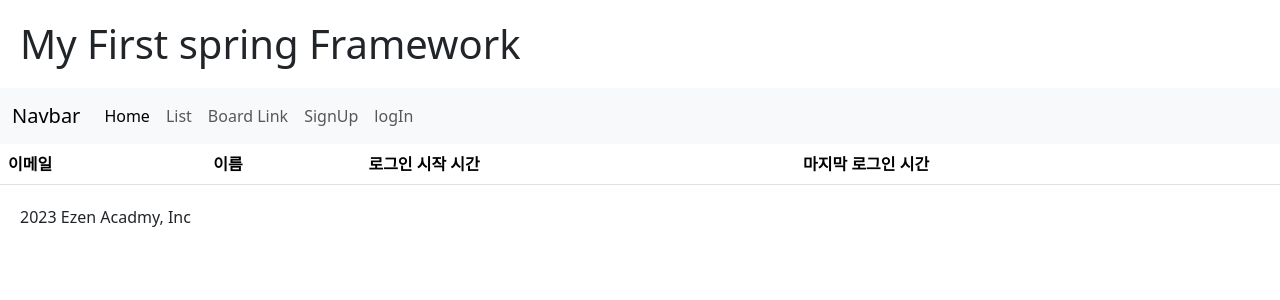
Repository: fbsrb458/link
Page: http://localhost/springProject/WEB-INF/views/member/list.jsp
The author's editor kept a copy of each file at every save. The page is drawn from the files as they stood at one save, then again after the next save.
The browser window is 1280 px wide. The pictures show the whole page.
The page is served by Tomcat 9. Nobody is signed in. Other server files are loaded and not shown. The template is opened directly, without the code that normally fills it, so the values that code supplies are empty.

Above is the page before, as saved 2023-11-01 07:44:55.
Console error: TypeError: Cannot read properties of null (reading 'addEventListener')

### springProject/src/main/webapp/WEB-INF/views/member/list.jsp
<%@ page language="java" contentType="text/html; charset=UTF-8"
    pageEncoding="UTF-8"%>
     <%@ taglib uri="http://java.sun.com/jsp/jstl/core" prefix="c" %>


<!DOCTYPE html>
<html>
<head>
<meta charset="UTF-8">
<title>Insert title here</title>
<link href="https://cdn.jsdelivr.net/npm/bootstrap@5.3.1/dist/css/bootstrap.min.css" rel="stylesheet" integrity="sha384-4bw+/aepP/YC94hEpVNVgiZdgIC5+VKNBQNGCHeKRQN+PtmoHDEXuppvnDJzQIu9" crossorigin="anonymous">
<script src="https://cdn.jsdelivr.net/npm/bootstrap@5.3.1/dist/js/bootstrap.bundle.min.js" integrity="sha384-HwwvtgBNo3bZJJLYd8oVXjrBZt8cqVSpeBNS5n7C8IVInixGAoxmnlMuBnhbgrkm" crossorigin="anonymous"></script>
</head>

<body>
<jsp:include page="../common/header.jsp"></jsp:include>
<jsp:include page="../common/nav.jsp"></jsp:include>
<table class="table table-hover">
<thead>
<tr>
   <th>이메일</th>
   <th>이름</th>
   <th>로그인 시작 시간</th>
   <th>마지막 로그인 시간</th>
</tr>
</thead>
<tbody>
<c:forEach items="${memList }" var="mvo">
<div class="col">
	<div class="card" style="width: 18rem;">
	 <!--  <img src="/resources/image/dog1.jpg" class="card-img-top" alt="..."> -->
	  <div class="card-body">
	    <h5 class="card-title">${mvo.nickName }</h5>
	    <p class="card-text">${mvo.email } </p>
		   <p>( <c:forEach items="${mvo.authList }" var="authList">
		     ${authList.auth }
		    </c:forEach> )</p>
	    <a href="/member/modify?email=${mvo.email }" class="btn btn-primary">Go somewhere</a>
	  </div>
	</div>
</div>
</c:forEach>
</tbody>
</table>
<jsp:include page="../common/footer.jsp"></jsp:include>
</body>



</html>

### springProject/src/main/webapp/WEB-INF/views/common/header.jsp
<%@ page language="java" contentType="text/html; charset=UTF-8"
    pageEncoding="UTF-8"%>
    <%@ taglib uri="http://java.sun.com/jsp/jstl/core" prefix="c" %>
<!DOCTYPE html>
<html>
<head>

<meta charset="UTF-8">
<title>Insert title here</title>
<style type="text/css">
h1,p,h3,form{
margin: 20px
}</style>
</head>
<body>


<h1>My First spring Framework</h1>



</body>
</html>

### springProject/src/main/webapp/WEB-INF/views/common/nav.jsp
<%@ page language="java" contentType="text/html; charset=UTF-8"
    pageEncoding="UTF-8"%>
    <%@ taglib uri="http://java.sun.com/jsp/jstl/core" prefix="c" %>
    <%@ taglib uri="http://www.springframework.org/security/tags" prefix="sec" %>
<!DOCTYPE html>
<html>
<head>
<meta charset="UTF-8">
<title>Insert title here</title>
</head>
<body>
<header>
<nav class="navbar navbar-expand-lg bg-body-tertiary">
  <div class="container-fluid">
    <a class="navbar-brand" href="#">Navbar</a>
    <button class="navbar-toggler" type="button" data-bs-toggle="collapse" data-bs-target="#navbarSupportedContent" aria-controls="navbarSupportedContent" aria-expanded="false" aria-label="Toggle navigation">
      <span class="navbar-toggler-icon"></span>
    </button>
    <div class="collapse navbar-collapse" id="navbarSupportedContent">
      <ul class="navbar-nav me-auto mb-2 mb-lg-0">
        <li class="nav-item">
          <a class="nav-link active" aria-current="page" href="/">Home</a>
        </li>

        <li class="nav-item">
          <a class="nav-link" href="/board/list">List</a>
        </li>

        <li class="nav-item">
          <a class="nav-link" href="#">Board Link</a>
        </li>
        <!-- 현재 인증한 사용자의 정보를 가져와서 해당 권한이 있는 케이스를 open  -->
        <!-- 사용자 정보는 principal -->
        <!-- admin ROLE_ADMIN 계정만 할 수 있는 일을 처리 -->
        <sec:authorize access="isAuthenticated()"> <!-- authorize : 해당권한이 있을떄  ,  isAuthenticated : 자기 권한에 맞게 따라간다.-->

        <sec:authentication property="principal.mvo.email" var="authEmail"/>
        <sec:authentication property="principal.mvo.nickName" var="authNick"/>
        <sec:authentication property="principal.mvo.authList" var="auths"/>
        <c:choose>
        	<c:when test="${auths.stream().anyMatch(authVO -> authVO.auth.equals('ROLE_ADMIN')).get() }">

       		<li class="nav-item">
       			<a class="nav-line" href="/member/list">UserList</a>
       		</li>


		    <li class="nav-item">
		 	  <a class="nav-line" href="/member/detail?email=${authEmail }">${authNick }(${authEmail})</a>
	  	    </li>

	  	    <li class="nav-item">
	          <a class="nav-link" href="/board/register">Board Reg</a>
	        </li>


			</c:when>

			<c:otherwise>

			  <li class="nav-item">
		 	  <a class="nav-line" href="/member/detail?email=${authEmail }">${authNick }(${authEmail})</a>
	  	    </li>

	  	    <li class="nav-item">
	          <a class="nav-link" href="/board/register">Board Reg</a>
	        </li>

			</c:otherwise>
	  	</c:choose>


        <!-- 로그인해야 open 되는 메뉴들... -->

       <li class="nav-item">
          <a class="nav-link" href="" id="logoutLink">logOut</a>
  	</li>
        <form action="/member/logout" method="post" id="logoutForm">
	        <input type="hidden" name="email" value="${authEmail }">
        </form>
  		 </sec:authorize>


       	<!-- 아직 로그인 전 상태에서 open 되어야 할 메뉴 -->
  		<sec:authorize access="isAnonymous()"> <!-- 권한이 아무것도없는 손님  -->
        <li class="nav-item ">
          <a class="nav-link" href="/member/register">SignUp</a>
        </li>

        <li class="nav-item">
          <a class="nav-link" href="/member/login">logIn</a>
        </li>

  		</sec:authorize>
      </ul>


    </div>
  </div>
</nav>
</header>
<script type="text/javascript">
document.getElementById('logoutLink').addEventListener('click', (e) => {
	e.preventDefault();
	document.getElementById('logoutForm').submit();
})

</script>
</body>
</html>

### springProject/src/main/webapp/WEB-INF/views/common/footer.jsp
<%@ page language="java" contentType="text/html; charset=UTF-8"
    pageEncoding="UTF-8"%>
    <%@ taglib uri="http://java.sun.com/jsp/jstl/core" prefix="c" %>
<!DOCTYPE html>
<html>
<head>

<meta charset="UTF-8">
<title>Insert title here</title>
</head>
<body>
<div>

	<p>2023 Ezen Acadmy, Inc</p>
</div>
</body>
</html>

After the next save:
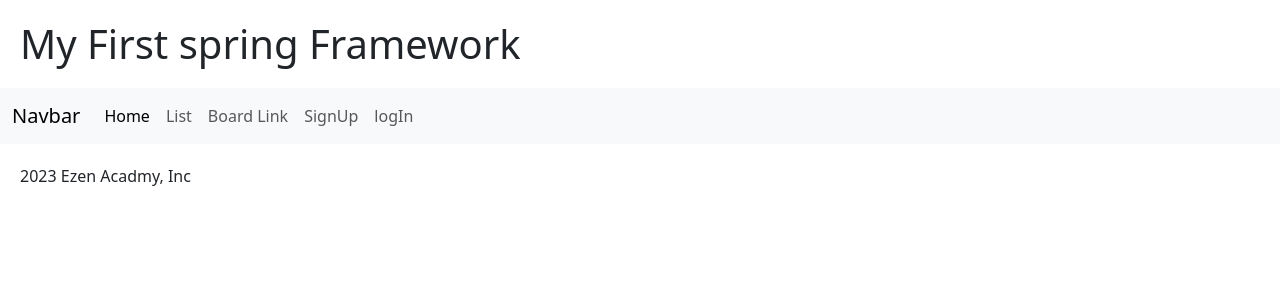
Saved 14 s later.
--- a/springProject/src/main/webapp/WEB-INF/views/member/list.jsp
+++ b/springProject/src/main/webapp/WEB-INF/views/member/list.jsp
@@ -16,14 +16,7 @@
 <jsp:include page="../common/header.jsp"></jsp:include>
 <jsp:include page="../common/nav.jsp"></jsp:include>
 <table class="table table-hover">
-<thead>
-<tr>
-   <th>이메일</th>
-   <th>이름</th>
-   <th>로그인 시작 시간</th>
-   <th>마지막 로그인 시간</th>
-</tr>
-</thead>
+
 <tbody>
 <c:forEach items="${memList }" var="mvo">
 <div class="col">
